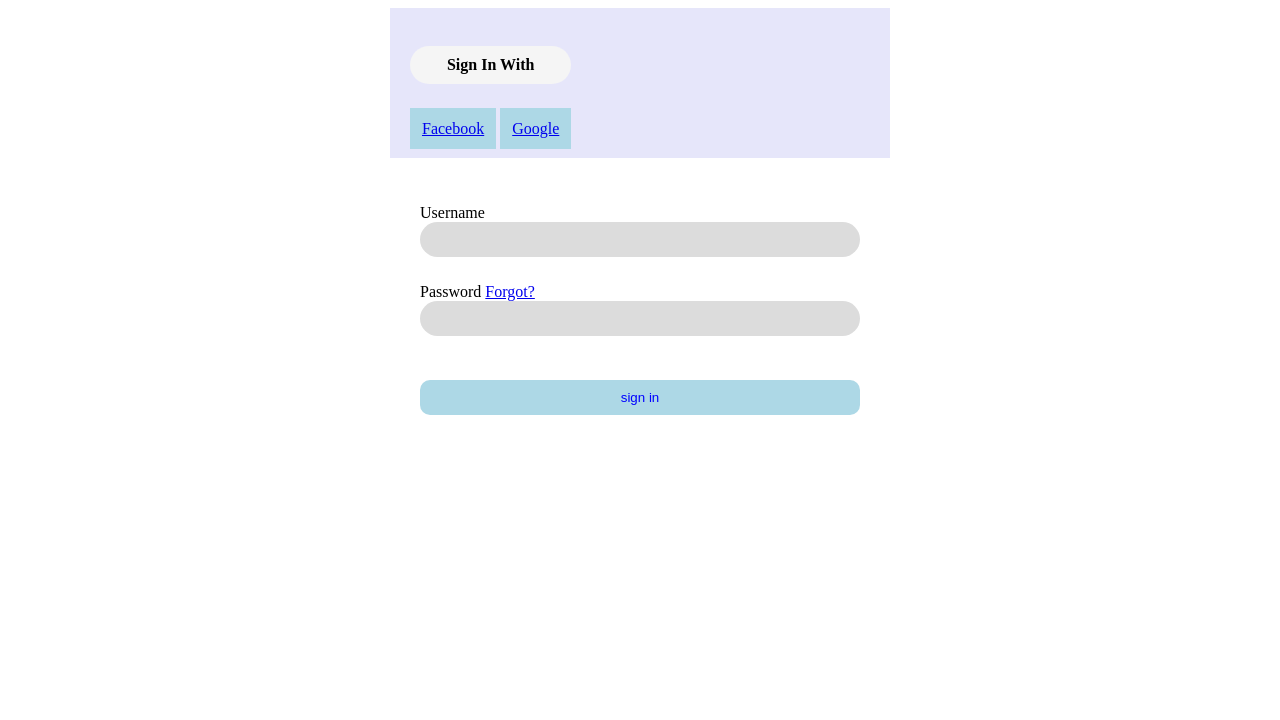
Repository: Tobby004/bdc-assignment-2
Page: index.html
An editor plug-in stored every save of this project. The page is shown before and after the next save, followed by the edit.
The browser window is 1280 px wide. The pictures show the whole page.

Above is the page before, as saved 2023-02-11 07:26:52.

### index.html
<!DOCTYPE html>
<html lang="en">
<head>
    <meta charset="UTF-8">
    <meta http-equiv="X-UA-Compatible" content="IE=edge">
    <meta name="viewport" content="width=<device-width>, initial-scale=1.0">
    <title>Document</title>
    <link rel="stylesheet" href="task.css">
</head>
<body>
    <header>
    <div class="box-container">
        <div class="box1">
        <br>
            <b>
             Sign In With
            </b>
        <br>
        <br>
        <a href="#">
            Facebook</a>
            <a href="#">
                Google
            </a>
        </div>
            </div>
        </header>


        <div class="form-input">
        <p>Username
            <br>
            <input type="text" placeholder="" />
        </p>
         <p>Password
            <a href="#">Forgot?</a>
            <br>
            <input type="password" />
         </p>
         <br>
         <button>sign in</button>
        </div>

</body>
</html>

### task.css
*{
    box-sizing:border-box;
}
header{
    background-color: lavender;
    display: flex;
    padding: 20px;
    max-width: 500px;
    margin-left: auto;
    margin-right: auto;
    justify-content: space-between;
}
header b {
    background-color:whitesmoke ;
    display: flex;
    padding: 10px;
    border-radius: 40px;
    margin-right: auto;
    margin-left: auto;
    max-width: 500px;
    justify-content: center;
}
header a {
    display: flexbox;
    padding: 12px;
    background-color: lightblue;
    width: 100%;
    max-width: 100px;
}
.form-input{
    display: block;
    max-width: 500px;
    height: 10px;
    padding: 30px;
    margin-left: auto;
    margin-right: auto;
}
input {
    background-color: gainsboro;
    display: flexbox;
    padding: 10px;
    width: 100%;
    border: none;

    border-radius: 30px;
    margin-bottom: 10px;
}
button {
    display: block;
    padding: 10px;
    width: 100%;
    border: none;
    color: blue;
    border-radius: 10px;
    background: lightblue;
}

After the next save:
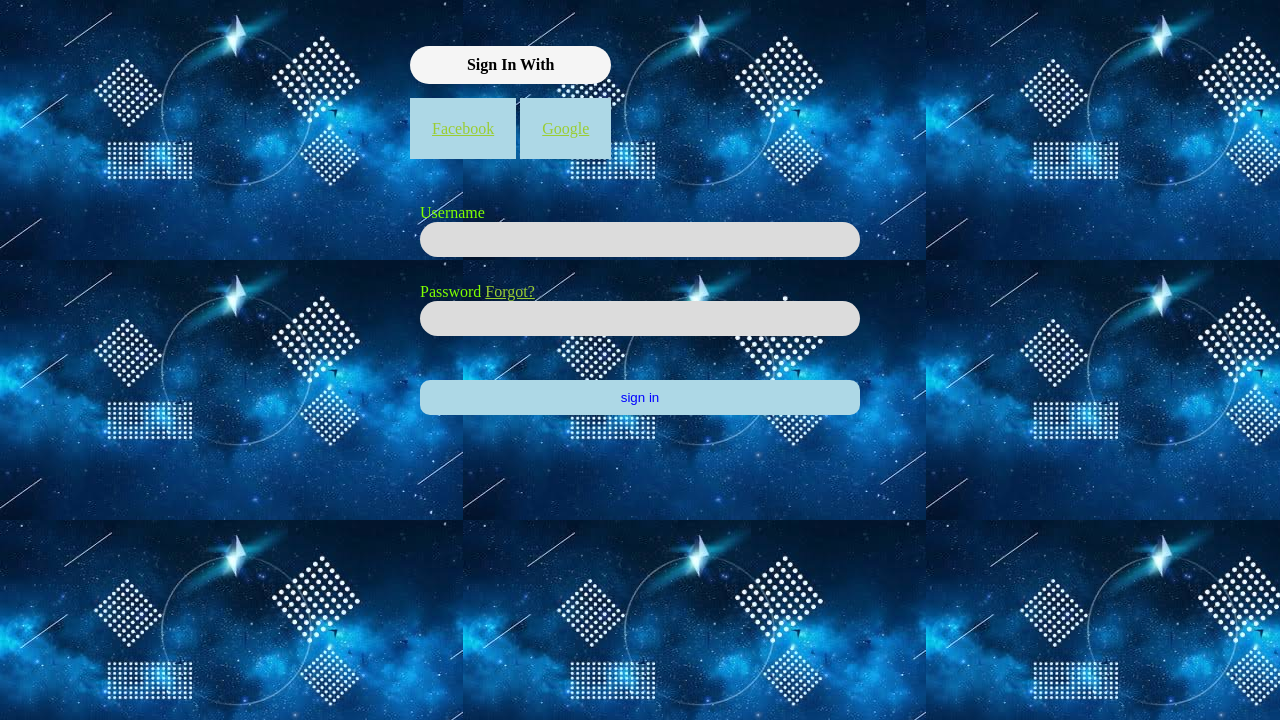
Saved 23 min 4 s later.
--- a/task.css
+++ b/task.css
@@ -2,13 +2,16 @@
     box-sizing:border-box;
 }
 header{
-    background-color: lavender;
+
     display: flex;
     padding: 20px;
     max-width: 500px;
     margin-left: auto;
     margin-right: auto;
-    justify-content: space-between;
+    border: none;
+}
+body{
+    background-image: url(image/IMG100.JPG);
 }
 header b {
     background-color:whitesmoke ;
@@ -22,7 +25,7 @@ header b {
 }
 header a {
     display: flexbox;
-    padding: 12px;
+    padding: 22px;
     background-color: lightblue;
     width: 100%;
     max-width: 100px;
@@ -32,6 +35,7 @@ header a {
     max-width: 500px;
     height: 10px;
     padding: 30px;
+    color: chartreuse;
     margin-left: auto;
     margin-right: auto;
 }
@@ -41,7 +45,6 @@ input {
     padding: 10px;
     width: 100%;
     border: none;
-
     border-radius: 30px;
     margin-bottom: 10px;
 }
@@ -54,3 +57,6 @@ button {
     border-radius: 10px;
     background: lightblue;
 }
+div a {
+    color: yellowgreen;
+}
